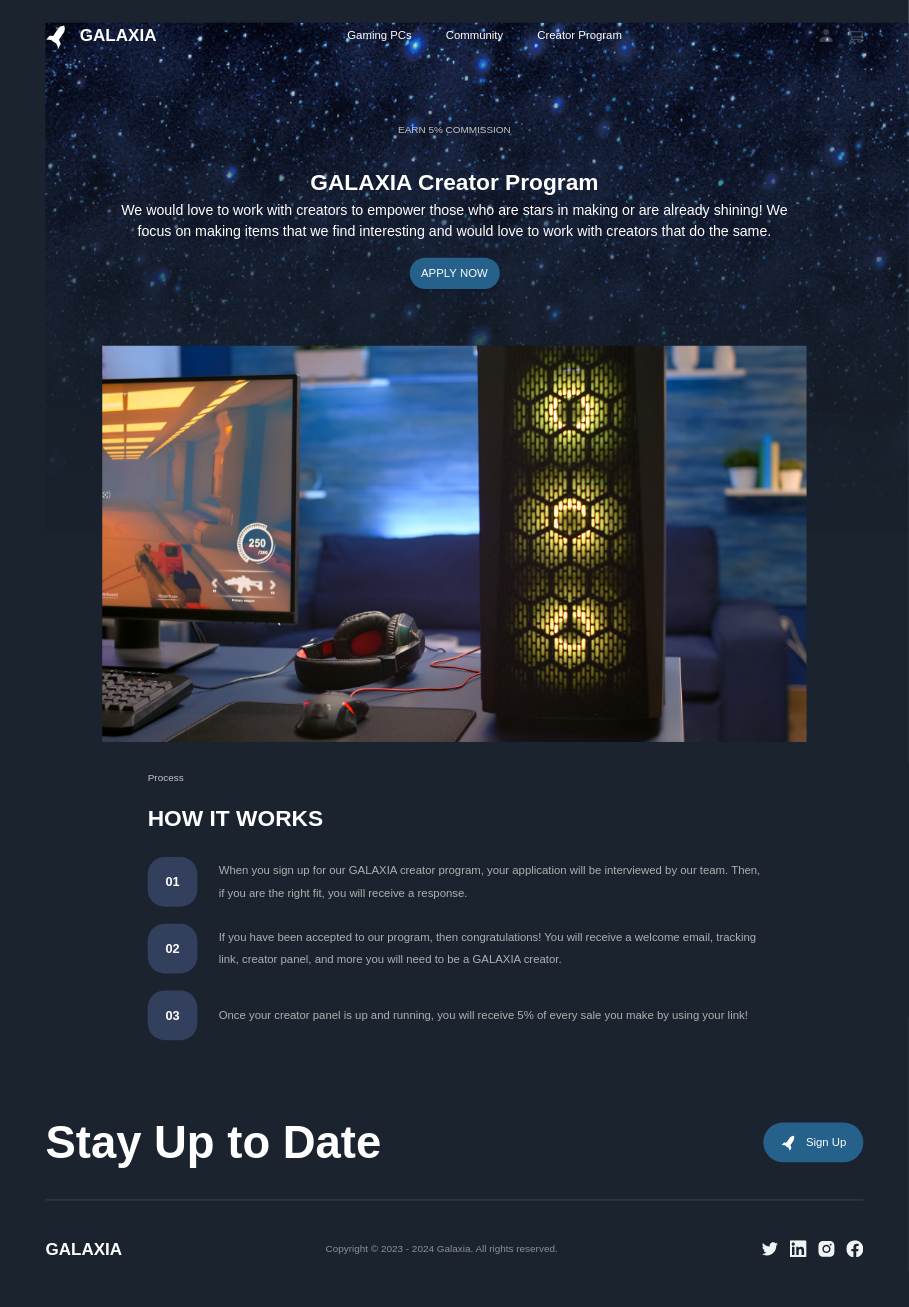
Repository: kaitlynlie/galaxia_pcs
Page: /creator
An editor plug-in stored every save of this project. The page is shown before and after the next save, followed by the edit.
The browser window is 1280 px wide. The pictures show the whole page, at 71% of full size.
Some web fonts or font styles are not loaded; a fallback is used. The project was rebuilt for these pictures with package versions that can differ from the ones it lists, and the page was loaded fresh each time. Also part of the build but not shown: vite.config.js, components/Button.jsx, components/PCcard.jsx, sections/Hero.jsx, sections/Triton.jsx, sections/Neptune.jsx, sections/Jupiter.jsx, sections/WhyUs.jsx and 7 more. Imported but missing from the stored project, and not drawn on this page: src/assets/video.mp4.

Above is the page before, as saved 2023-08-08 19:37:36.

After the next save:
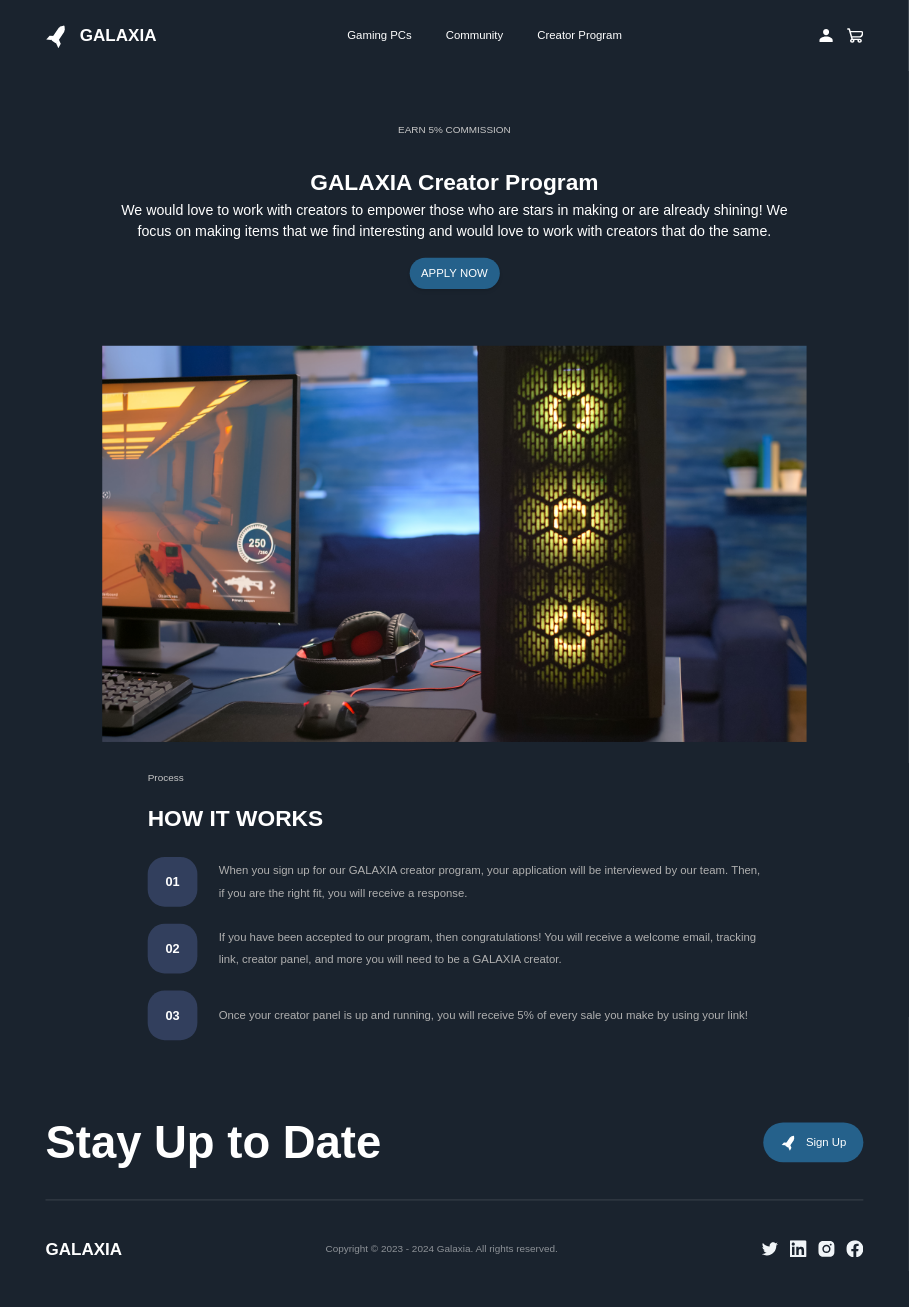
Saved 22 s later.
--- a/components/Navbar.jsx
+++ b/components/Navbar.jsx
@@ -23,11 +23,6 @@
     viewport={{ once: false, amount: 0.25 }}
     className={`${styles.xPaddings} py-8 relative`}
   >
-    <img
-          src='./stars.png'
-          alt='stars'
-          className="z-0 absolute w-screen h-screen object-cover object-center"
-    />
     <div className={`${styles.innerWidth} mx-auto flex justify-between gap-8 inline-block`}>
       <div className="flex flex-row gap-4 z-10">
         <img
